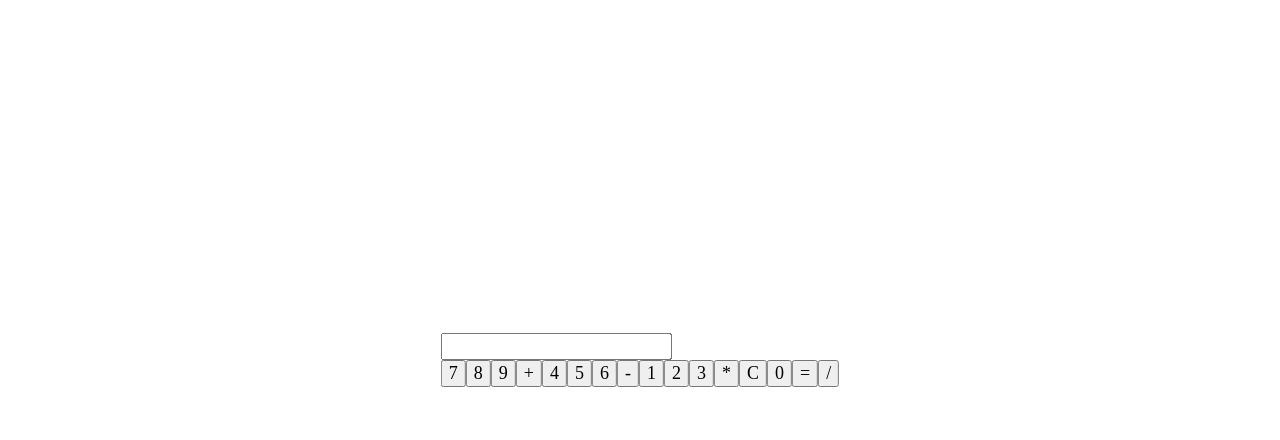
Repository: rajratangm/xcalculator
Page: /
The author's editor kept a copy of each file at every save. The page is drawn from the files as they stood at one save, then again after a run of saves.
The browser window is 1280 px wide. The pictures show the whole page.
The project was rebuilt for these pictures with package versions that can differ from the ones it lists, and the page was loaded fresh each time. Also part of the build but not shown: vite.config.js.

Above is the page before, as saved 2024-04-03 11:04:42.

After the next 4 saves:
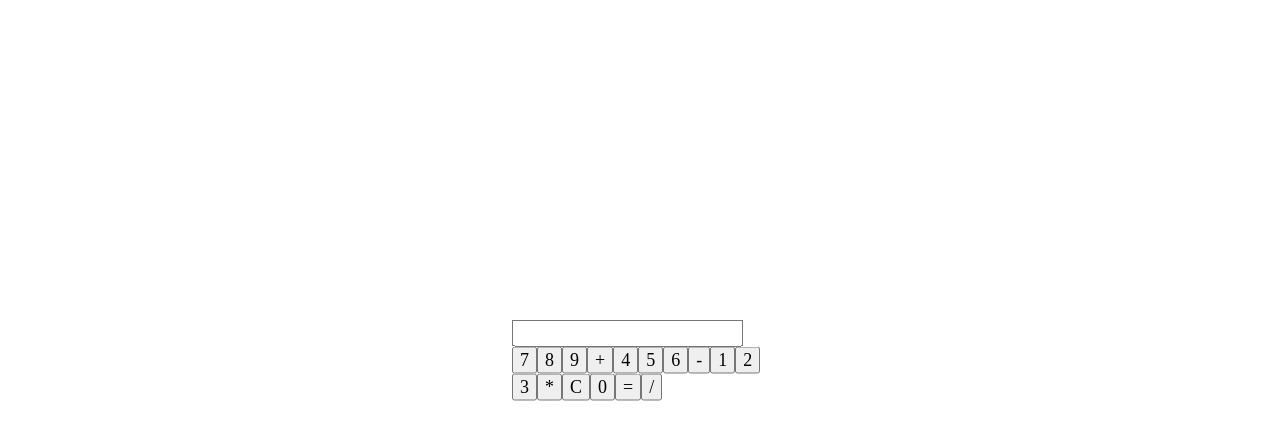
The 4 saves are shown as one change because they came seconds apart.
The last was saved 18 s later.
--- a/src/App.css
+++ b/src/App.css
@@ -17,5 +17,6 @@ body{
   position:absolute;
   transform: translate(-50%,-50%);
   margin:0 auto;
+  width: 256px;
 
 }
